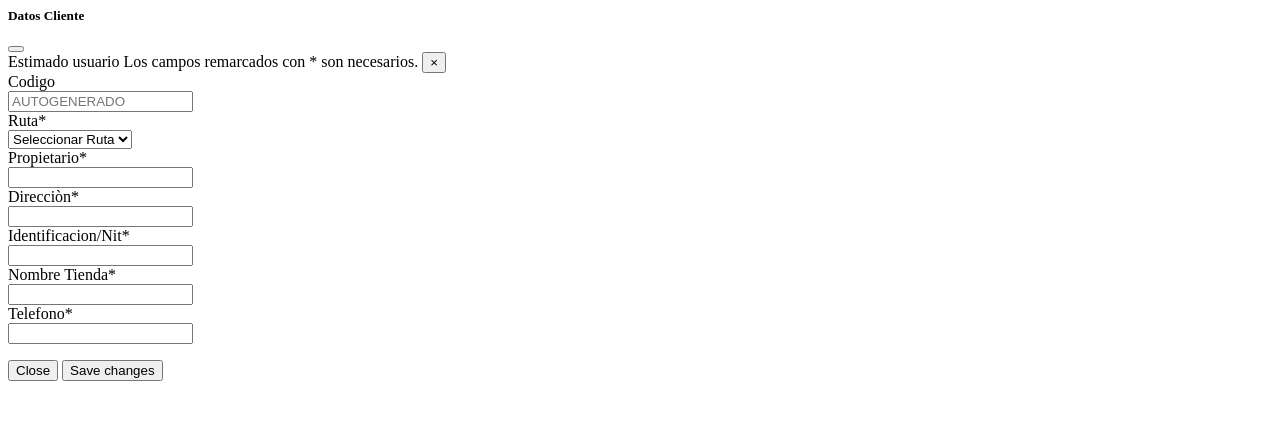
Repository: LucasVillegas/app-admin
Page: http://localhost/app-movil/resources/views/pages/includes/modal-cliente.php
These files come from the project's save history. The page is drawn as it stood at one moment and after the next save; the edit follows.
The browser window is 1280 px wide. The pictures show the whole page.
The page is run by PHP 8.4 with error messages shown; the project is at /var/www/html/.

Above is the page before, as saved 2022-06-13 15:03:06.

After the next save:
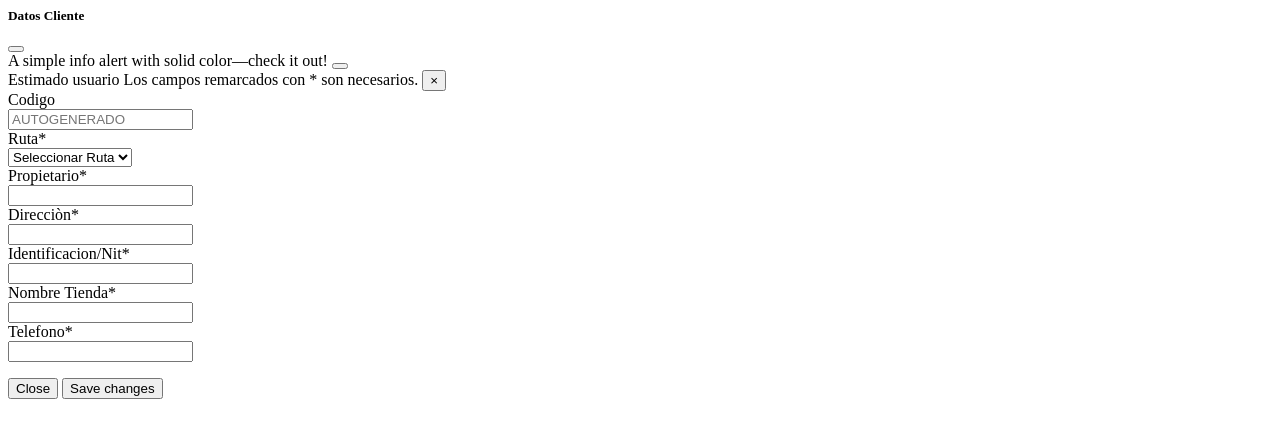
Saved 45 s later.
--- a/resources/views/pages/includes/modal-cliente.php
+++ b/resources/views/pages/includes/modal-cliente.php
@@ -11,6 +11,10 @@
             </div>
             <div class="modal-body">
                 <div class="col-xl-12 col-lg-12 col-md-12 col-sm-12 col-12">
+                    <div class="alert alert-info bg-info border-0 alert-dismissible fade show" role="alert">
+                        A simple info alert with solid color—check it out!
+                        <button type="button" class="btn-close" data-bs-dismiss="alert" aria-label="Close"></button>
+                    </div>
                     <div class="alert alert-info alert-styled-left text-blue-800 content-group mb-2">
                         <span class="text-semibold"><i class="fas fa-info-circle fa-2x"></i> Estimado
                             usuario</span>
